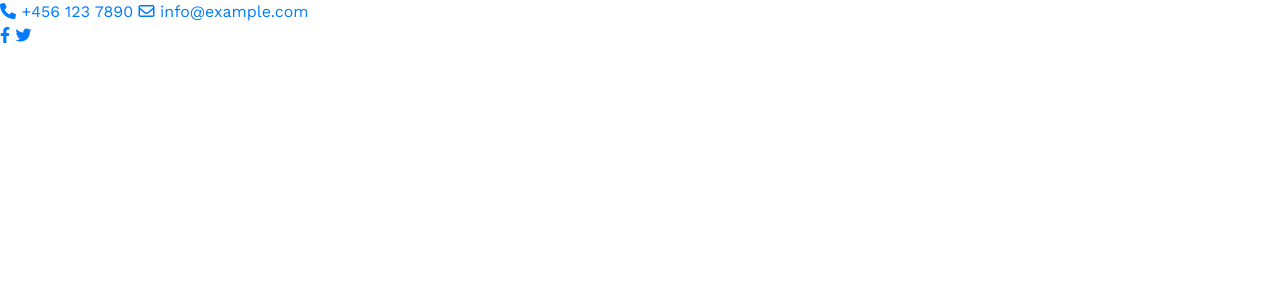
Repository: nguyenbinhminh/instruction_clone
Page: index.html
An editor plug-in stored every save of this project. The page is shown before and after the next save, followed by the edit.
The browser window is 1280 px wide. The pictures show the whole page.

Above is the page before, as saved 2021-09-29 20:55:29.

### index.html
<!DOCTYPE html>
<html lang="en">
	<head>
		<meta charset="UTF-8" />
		<meta http-equiv="X-UA-Compatible" content="IE=edge" />
		<meta name="viewport" content="width=device-width, initial-scale=1.0" />
		<title>Instruction</title>

		<!-- FONT GOOGLE -->
		<link rel="preconnect" href="https://fonts.googleapis.com" />
		<link rel="preconnect" href="https://fonts.gstatic.com" crossorigin />
		<link
			href="https://fonts.googleapis.com/css2?family=Work+Sans:ital,wght@0,100;0,200;0,300;0,400;0,500;0,600;0,700;0,800;0,900;1,100;1,200;1,300;1,400;1,500;1,600;1,700;1,800;1,900&display=swap"
			rel="stylesheet"
		/>

		<!-- FONT AWESOME -->
		<link
			rel="stylesheet"
			href="https://cdnjs.cloudflare.com/ajax/libs/font-awesome/6.0.0-beta2/css/all.min.css"
			integrity="sha512-YWzhKL2whUzgiheMoBFwW8CKV4qpHQAEuvilg9FAn5VJUDwKZZxkJNuGM4XkWuk94WCrrwslk8yWNGmY1EduTA=="
			crossorigin="anonymous"
			referrerpolicy="no-referrer"
		/>

		<!-- BOOTTRAP -->
		<link rel="stylesheet" href="./css/bootstrap.min.css" />

		<!-- MAIN CSS -->
		<link rel="stylesheet" href="./css/index.css" />
	</head>
	<body>
		<!-- HEADER -->
		<header>
			<div class="header__top">
				<div class="header__left">
					<a href="tel:+456 123 7890">
						<i class="fas fa-phone"></i>
						<span>+456 123 7890</span>
					</a>
					<a href="mailto:info@example.com">
						<i class="far fa-envelope"></i>
						<span>info@example.com</span>
					</a>
				</div>
				<div class="header__right">
					<a href="#">
						<i class="fab fa-facebook-f"></i>
					</a>
					<a href="#">
						<i class="fab fa-twitter"></i>
					</a>
				</div>
			</div>
		</header>
		<!-- CAROUSEL -->
		<section class="instruction-carousel"></section>
		<!-- WELCOM -->
		<section class="welcome"></section>
		<!-- OUR STATS -->
		<section class="stats"></section>
		<!-- OFFER -->
		<section class="offer"></section>
		<!-- Testimonials -->
		<section class="testimonials"></section>
		<!-- NEWS -->
		<section class="news"></section>
		<!-- FOOTER -->
		<footer></footer>

		<!-- jQuery -->
		<script src="./js/jquery-3.6.0.min.js"></script>
		<!-- BOOTSTRAP -->
		<script src="./js/bootstrap.bundle.min.js"></script>
	</body>
</html>

### css/index.css
html {
	box-sizing: border-box;
	font-size: 62.5%;
}
body {
	font-size: 1.6rem;
	font-family: "Work Sans", sans-serif;
	font-weight: normal;
}

Loaded but not shown: css/bootstrap.min.css (library); js/jquery-3.6.0.min.js (library); js/bootstrap.bundle.min.js (library)

After the next save:
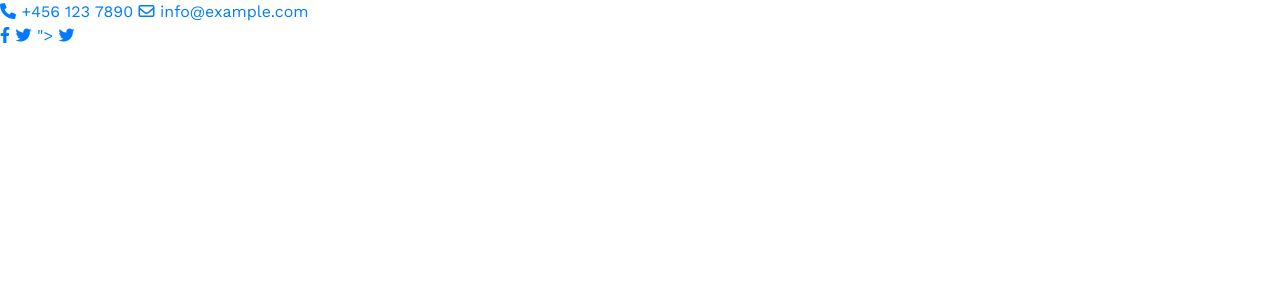
Saved 17 s later.
--- a/index.html
+++ b/index.html
@@ -50,6 +50,12 @@
 					<a href="#">
 						<i class="fab fa-twitter"></i>
 					</a>
+					<a href="#">
+						<i class="fab <i class="fa fa-pinterest" aria-hidden="true"></i>"></i>
+					</a>
+					<a href="#">
+						<i class="fab fa-twitter"></i>
+					</a>
 				</div>
 			</div>
 		</header>
